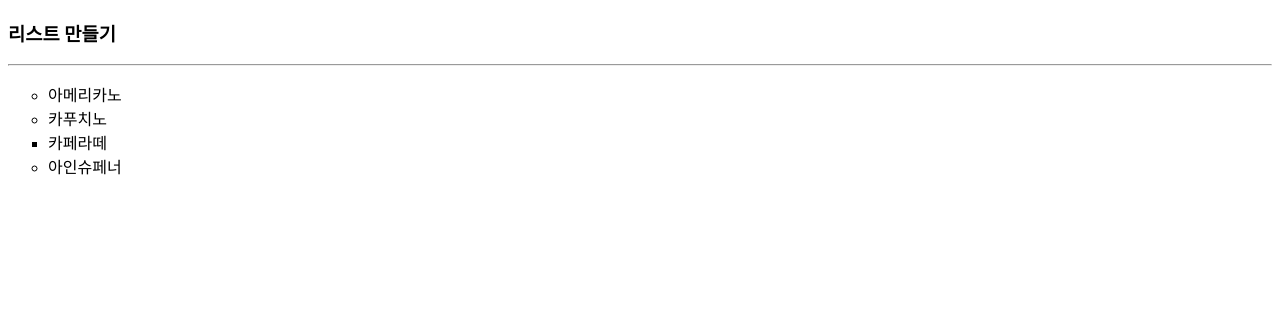
Repository: nijooymik/smartfactory
Page: jsp/t0718/src/main/webapp/html/list.html
These files come from the project's save history. The page is drawn as it stood at one moment and after the next save; the edit follows.
The browser window is 1280 px wide. The pictures show the whole page.

Above is the page before, as saved 2022-07-18 02:30:02.

After the next save:
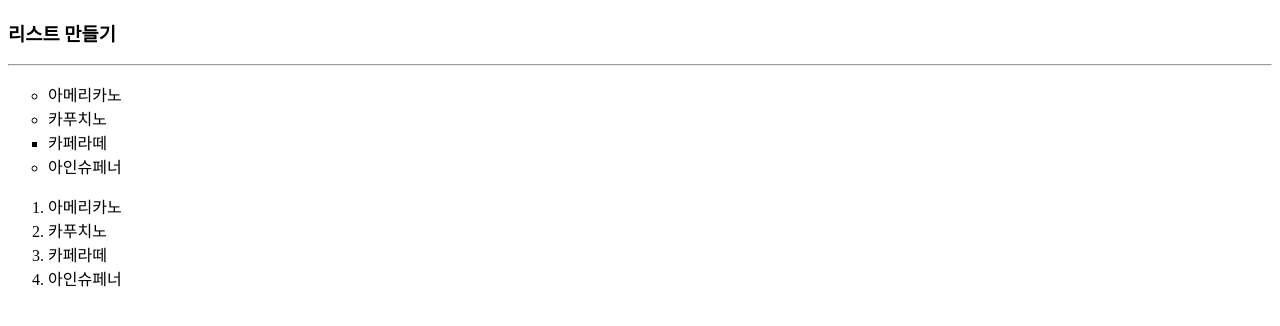
Saved 40 s later.
--- a/jsp/t0718/src/main/webapp/html/list.html
+++ b/jsp/t0718/src/main/webapp/html/list.html
@@ -13,5 +13,12 @@
 		<li type="square">카페라떼</li>
 		<li>아인슈페너</li>
 	</ul>
+
+	<ol>
+		<li>아메리카노</li>
+		<li>카푸치노</li>
+		<li>카페라떼</li>
+		<li>아인슈페너</li>
+	</ul>
 </body>
 </html>
